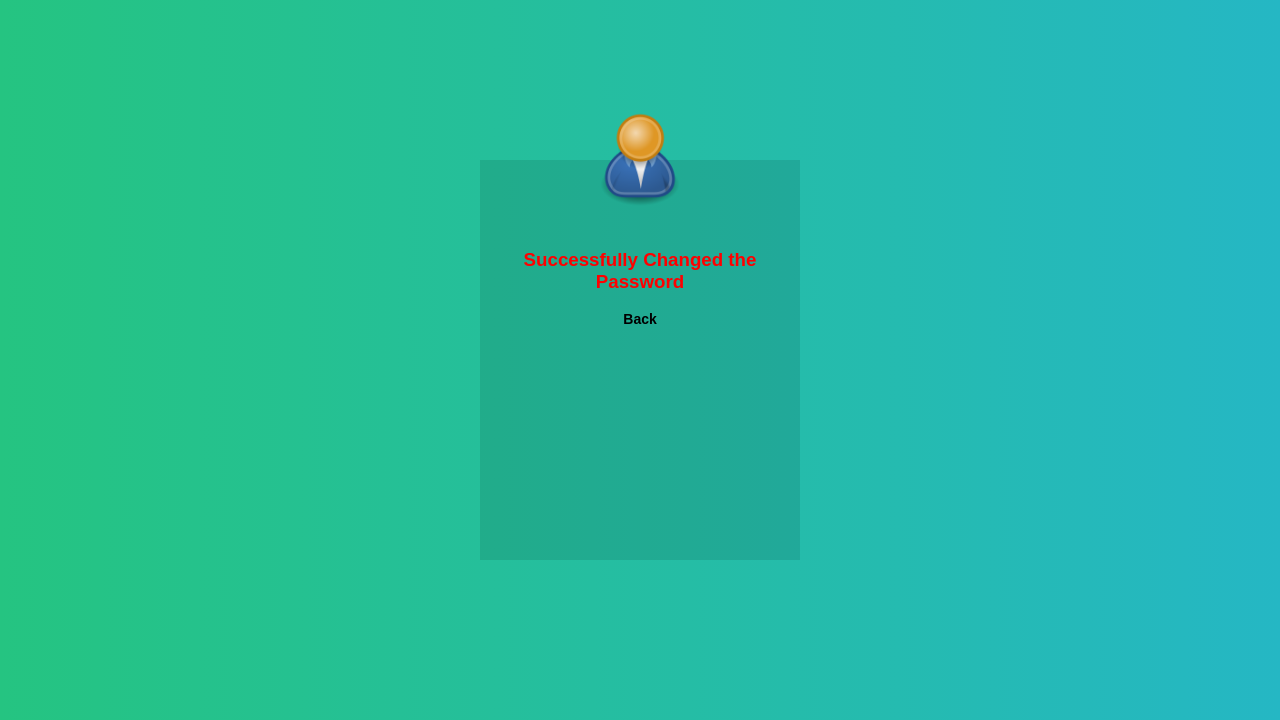
Repository: AlkaDas991/Dbms
Page: Student Record Management/WebContent/success.html
These files come from the project's save history. The page is drawn as it stood at one moment and after the next save; the edit follows.
The browser window is 1280 px wide. The pictures show the whole page.

Above is the page before, as saved 2021-03-13 02:32:00.

### Student Record Management/WebContent/success.html
<html>
<head>
<meta http-equiv="Content-Type" content="text/html; charset=ISO-8859-1">
  <link rel="stylesheet" type="text/css" href="style.css">
  <style>
  h3{
color:red;
}
  .login-box{
    height: 400px;
}</style>
</head>
<body>
    <div class="login-box">
    <img src="user.png" class="avatar">
        <h3><center>Successfully Changed the Password</center></h3>
              <center><h1><a href="studentHome.jsp">Back</a></h1></center>
        </div>
    </body>
</html>

### Student Record Management/WebContent/style.css

@import url(https://fonts.googleapis.com/css?family=Roboto:400,500,300,700);
body{
	background: -webkit-linear-gradient(left, #25c481, #25b7c4);
  	background-color: linear-gradient(to right, #25c481, #25b7c4);
  	font-family: 'Roboto', sans-serif;
    margin: 0;
    padding: 0;
    background-size: cover;
    background-position: center;
    font-family: sans-serif;
}
.login-box{
    width: 320px;
    height: 450px;
    background: rgba(0, 0, 0, 0.1);
    color: #fff;
    top: 50%;
    left: 50%;
    position: absolute;
    transform: translate(-50%,-50%);
   box-sizing: border-box;
    padding: 70px 30px;
}
.avatar{
    width: 100px;
    height: 100px;
    position: absolute;
    top: -50px;
    left: calc(50% - 50px);
}
h1{
    margin: 0;
    padding: 0 0 20px;
    text-align: center;
    font-size: 22px;
    color:black;
}
.login-box p{
    margin: 0;
    padding: 0;
    font-weight: bold;
}
.login-box input{
    width: 100%;
    margin-bottom: 20px;
}
.login-box input[type="text"], input[type="password"],input[type="number"],input[type="email"]
{
    border: none;
    border-bottom: 1px solid black;
    background: transparent;
    outline: none;
    height: 40px;
    color: black;
    font-size: 16px;
}
.login-box input[type="submit"]
{
    border: none;
    outline: none;
    height: 40px;
    background: #1c8adb;
    color: black;
    font-size: 18px;
    border-radius: 20px;
}
.login-box input[type="submit"]:hover
{
    cursor: pointer;
    background: #39dc79;
    color: #000;
}

.login-box a{
    text-decoration: none;
    font-size: 14px;
    color: black;
}
.login-box a:hover
{
    color: #39dc79;
}
h2
{
	color:black;
}

After the next save:
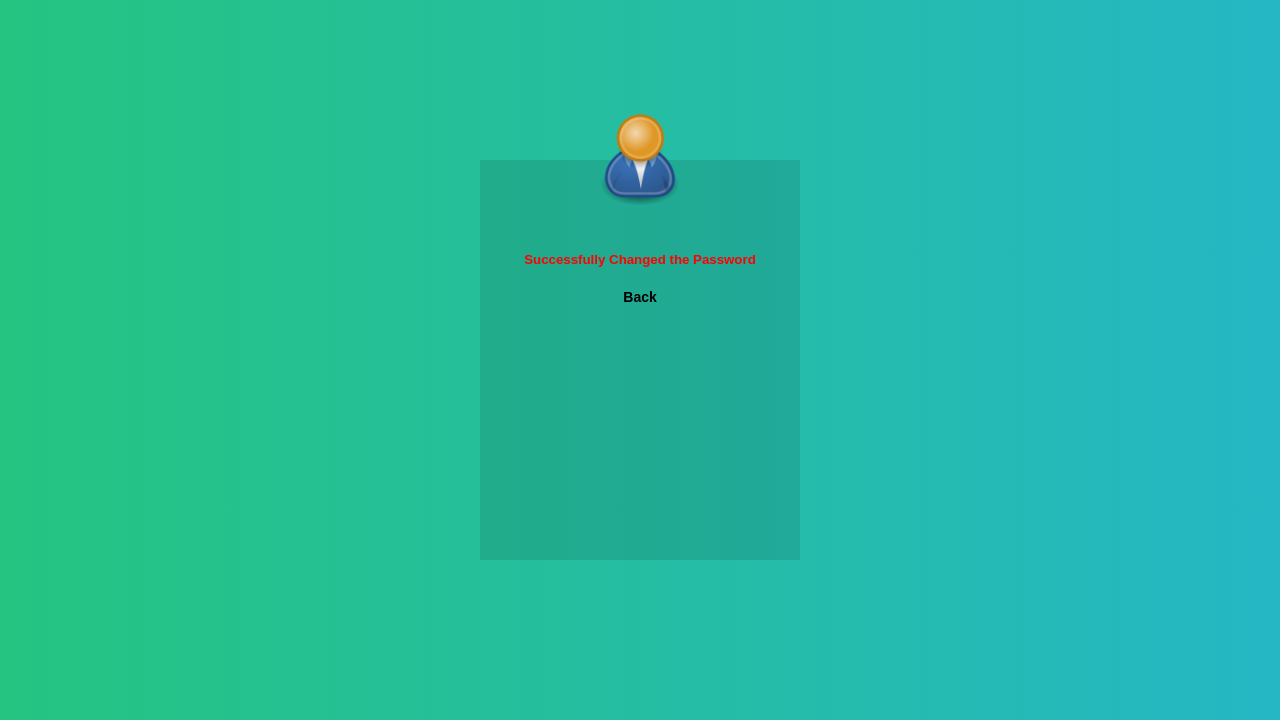
Saved 46 s later.
--- a/Student Record Management/WebContent/success.html
+++ b/Student Record Management/WebContent/success.html
@@ -3,7 +3,7 @@
 <meta http-equiv="Content-Type" content="text/html; charset=ISO-8859-1">
   <link rel="stylesheet" type="text/css" href="style.css">
   <style>
-  h3{
+  h5{
 color:red;
 }
   .login-box{
@@ -13,7 +13,7 @@ color:red;
 <body>
     <div class="login-box">
     <img src="user.png" class="avatar">
-        <h3><center>Successfully Changed the Password</center></h3>
+        <h5><center>Successfully Changed the Password</center></h3>
               <center><h1><a href="studentHome.jsp">Back</a></h1></center>
         </div>
     </body>
